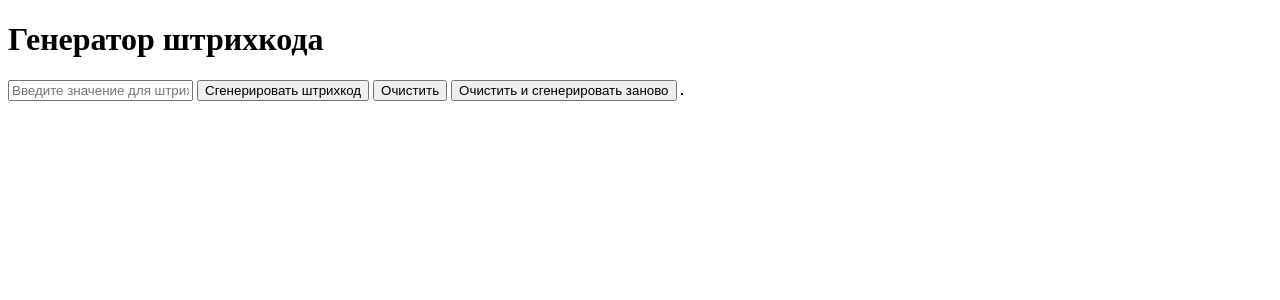
Repository: PavelBokun/barCode
Page: barcode2.html
These files come from the project's save history. The page is drawn as it stood at one moment and after the next save; the edit follows.
The browser window is 1280 px wide. The pictures show the whole page.

Above is the page before, as saved 2024-09-04 22:05:47.

After the next save:
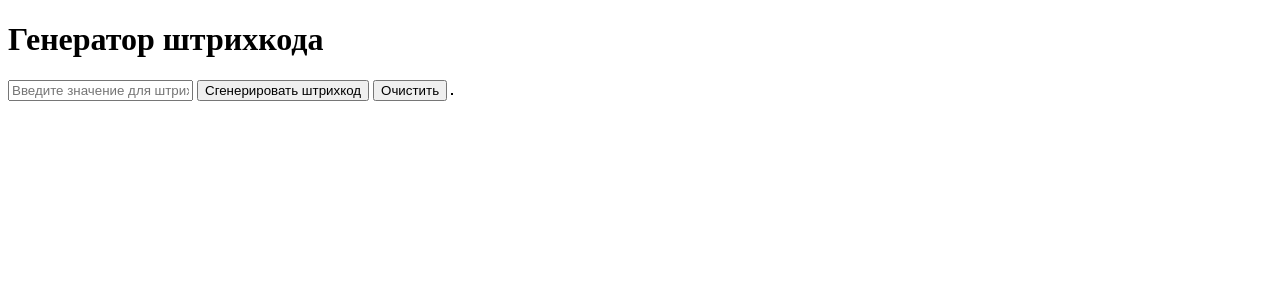
Saved 53 s later.
--- a/barcode2.html
+++ b/barcode2.html
@@ -12,7 +12,6 @@
 <input type="text" id="barcodeValue" placeholder="Введите значение для штрихкода">
 <button onclick="generateBarcode()">Сгенерировать штрихкод</button>
 <button onclick="clearBarcode()">Очистить</button>
-<button onclick="clearAndRegenerateBarcode()">Очистить и сгенерировать заново</button>
 
 <img id="barcode"style="border: 1px solid black;" />
 
